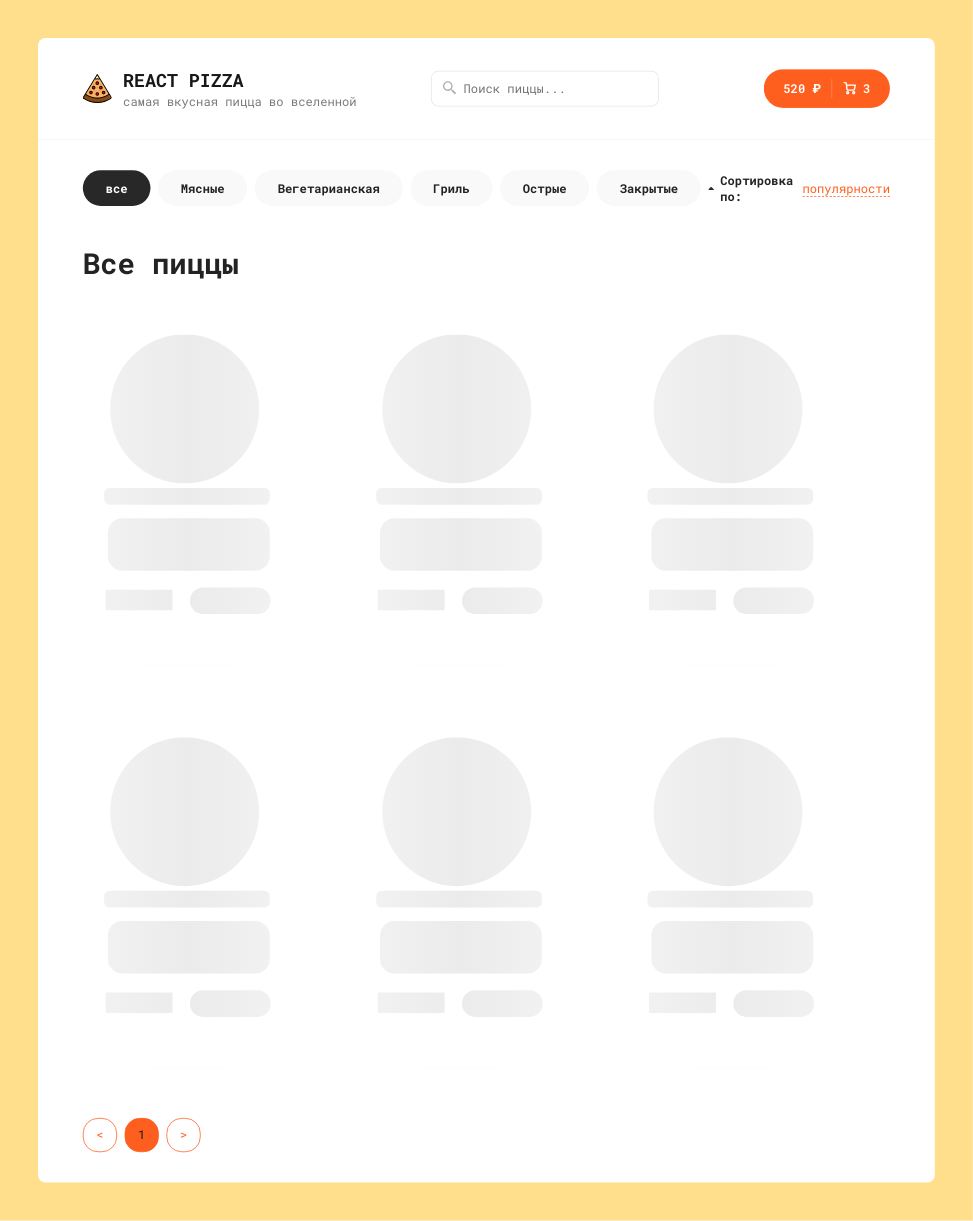
Repository: TI-IT/react-pizza2
Page: /
These files come from the project's save history. The page is drawn as it stood at one moment and after the next save; the edit follows.
The browser window is 1280 px wide. The pictures show the whole page, at 76% of full size.
The page's requests for data from a server got no answer. The project was rebuilt for these pictures with package versions that can differ from the ones it lists, and the page was loaded fresh each time. No one was signed in, and anything a server would have sent is missing. Also part of the build but not shown: src/components/PizzaBlock.jsx, src/pages/Cart.jsx, src/components/NotFoundBlock/NotFounBlock.module.scss, src/components/NotFoundBlock/index.jsx, src/pages/NotFound.tsx.

Above is the page before, as saved 2022-10-18 12:07:26.

### public/index.html
<!DOCTYPE html>
<html lang="en">
  <head>
    <meta charset="utf-8" />
    <link rel="icon" href="%PUBLIC_URL%/favicon.ico" />
    <link rel="preconnect" href="https://fonts.googleapis.com" />
    <link rel="preconnect" href="https://fonts.gstatic.com" crossorigin />
    <link
      href="https://fonts.googleapis.com/css2?family=Roboto+Mono:wght@300;400;500;600;700&display=swap"
      rel="stylesheet"
    />
    <meta name="viewport" content="width=device-width, initial-scale=1" />
    <meta name="theme-color" content="#000000" />
    <meta
      name="description"
      content="Web site created using create-react-app"
    />
    <link rel="apple-touch-icon" href="%PUBLIC_URL%/logo192.png" />
    <!--
      manifest.json provides metadata used when your web app is installed on a
      user's mobile device or desktop. See https://developers.google.com/web/fundamentals/web-app-manifest/
    -->
    <link rel="manifest" href="%PUBLIC_URL%/manifest.json" />
    <!--
      Notice the use of %PUBLIC_URL% in the tags above.
      It will be replaced with the URL of the `public` folder during the build.
      Only files inside the `public` folder can be referenced from the HTML.

      Unlike "/favicon.ico" or "favicon.ico", "%PUBLIC_URL%/favicon.ico" will
      work correctly both with client-side routing and a non-root public URL.
      Learn how to configure a non-root public URL by running `npm run build`.
    -->
    <title>React App</title>
  </head>
  <body>
    <noscript>You need to enable JavaScript to run this app.</noscript>
    <div id="root"></div>
    <!--
      This HTML file is a template.
      If you open it directly in the browser, you will see an empty page.

      You can add webfonts, meta tags, or analytics to this file.
      The build step will place the bundled scripts into the <body> tag.

      To begin the development, run `npm start` or `yarn start`.
      To create a production bundle, use `npm run build` or `yarn build`.
    -->
  </body>
</html>

### src/index.tsx
import React from 'react'
import ReactDOM from 'react-dom/client'
import { BrowserRouter } from 'react-router-dom'
import { Provider } from 'react-redux'
import App from './App'
import { store } from './redux/store'

const root = ReactDOM.createRoot(document.getElementById('root'))
root.render(
  <BrowserRouter>
    <Provider store={store}>
      <App />
    </Provider>
  </BrowserRouter>
)

### src/pages/Home.jsx
import React from 'react'
import axios from 'axios'
import { useSelector, useDispatch } from 'react-redux'

import { setCategoryId, setCurrentPage } from '../redux/slices/filterSlice'

import Categories from '../components/Categories'
import Sort from '../components/Sort'
import PizzaBlock from '../components/PizzaBlock'
import Skeleton from '../components/PizzaBlock/Skeleton'
import Pagination from '../components/Pagination'
import { SearchContext } from '../App'

const Home = () => {
  const dispatch = useDispatch()
  const { categoryId, sort, pageCount } = useSelector(state => state.filter)

  const { searchValue } = React.useContext(SearchContext)
  const [items, setItems] = React.useState([])
  const [isLoading, setIsLoading] = React.useState(true)
  // const [currentPage, setCurrentPage] = React.useState(1)

  const onChangeCategory = id => {
    dispatch(setCategoryId(id))
  }
  const onChangePage = number => {
    dispatch(setPageCount(number))
  }

  //Загрузка один раз
  React.useEffect(() => {
    setIsLoading(true)
    const order = sort.sortProperty.includes('-') ? 'asc' : 'desc'
    const sortBy = sort.sortProperty.replace('-', '')
    const category = categoryId > 0 ? `category=${categoryId}` : ''
    const search = searchValue ? `&search=${searchValue}` : ''

    axios
      .get(
        `https://63427733ba4478d4783c44ef.mockapi.io/items?page=${pageCount}&limit=4&${category}&sortBy=${sortBy}&order=${order}${search}`
      )
      .then(res => {
        setItems(res.data)
        setIsLoading(false)
      })

    window.scrollTo(0, 0) // при первой загрузке скролит вверх
  }, [categoryId, sort.sortProperty, searchValue, pageCount])

  const pizzas = items.map(obj => <PizzaBlock key={obj.id} {...obj} />)

  const sceletons = [...new Array(6)].map((_, index) => <Skeleton key={index} />)

  return (
    <div className="container">
      <div className="content__top">
        <Categories value={categoryId} onChangeCategory={id => onChangeCategory(id)} />
        <Sort />
      </div>
      <h2 className="content__title">Все пиццы</h2>
      <div className="content__items">{isLoading ? sceletons : pizzas}</div>
      <Pagination value={pageCount} onChangePage={onChangePage} />
    </div>
  )
}

export default Home

### src/redux/slices/filterSlice.js
import { createSlice } from '@reduxjs/toolkit'

const initialState = {
  categoryId: 0,
  pageCount: 1,
  sort: {
    name: 'популярности',
    sortProperty: 'rating'
  }
}

const filterSlice = createSlice({
  name: 'filters',
  initialState,
  reducers: {
    setCategoryId(state, action) {
      state.categoryId = action.payload
    },
    setSort(state, action) {
      state.sort = action.payload
    },
    setCurrentPage(state, action) {
      state.pageCount = action.payload
    }
  }
})

export const { setCategoryId, setSort, setCurrentPage } = filterSlice.actions

export default filterSlice.reducer

### src/components/Search/index.jsx
import React from 'react'
import debounce from 'lodash.debounce'
import styles from './Search.module.scss'
import { SearchContext } from '../../App'

const Search = () => {
  const [value, setValue] = React.useState('')
  const { setSearchValue } = React.useContext(SearchContext)
  const inputRef = React.useRef()

  const onClickClear = () => {
    setSearchValue('')
    setValue('')
    inputRef.current.focus()
  }

  const updateSearchValue = React.useCallback(
    debounce(str => {
      setSearchValue(str)
    }, 350),
    []
  )

  const onChangeInput = event => {
    setValue(event.target.value)
    updateSearchValue(event.target.value)
  }

  return (
    <div className={styles.root}>
      <svg
        className={styles.icon}
        height="24"
        viewBox="0 0 24 24"
        width="24"
        xmlns="http://www.w3.org/2000/svg">
        <path d="M19.023 16.977a35.13 35.13 0 0 1-1.367-1.384c-.372-.378-.596-.653-.596-.653l-2.8-1.337A6.962 6.962 0 0 0 16 9c0-3.859-3.14-7-7-7S2 5.141 2 9s3.14 7 7 7c1.763 0 3.37-.66 4.603-1.739l1.337 2.8s.275.224.653.596c.387.363.896.854 1.384 1.367l1.358 1.392.604.646 2.121-2.121-.646-.604c-.379-.372-.885-.866-1.391-1.36zM9 14c-2.757 0-5-2.243-5-5s2.243-5 5-5 5 2.243 5 5-2.243 5-5 5z" />
      </svg>
      <input
        ref={inputRef}
        value={value}
        onChange={onChangeInput}
        className={styles.input}
        placeholder="Поиск пиццы..."
      />
      {value && (
        <svg
          onClick={onClickClear}
          className={styles.clearIcon}
          height="48"
          viewBox="0 0 48 48"
          width="48"
          xmlns="http://www.w3.org/2000/svg">
          <path d="M38 12.83L35.17 10 24 21.17 12.83 10 10 12.83 21.17 24 10 35.17 12.83 38 24 26.83 35.17 38 38 35.17 26.83 24z" />
          <path d="M0 0h48v48H0z" fill="none" />
        </svg>
      )}
    </div>
  )
}
export default Search

### src/components/Categories.tsx
import React from 'react'

function Categories({ value, onChangeCategory }) {
  const categories = ['все', 'Мясные', 'Вегетарианская', 'Гриль', 'Острые', 'Закрытые']

  return (
    <div className="categories">
      <ul>
        {categories.map((categoryName, i) => (
          <li key={i} onClick={() => onChangeCategory(i)} className={value === i ? 'active' : ''}>
            {categoryName}
          </li>
        ))}
      </ul>
    </div>
  )
}
export default Categories

### src/components/Sort.jsx
import React from 'react'
import { useSelector, useDispatch } from 'react-redux'
import { setSort } from '../redux/slices/filterSlice'
const list = [
  { name: 'популярности(DESC)', sortProperty: 'rating' },
  { name: 'популярности(ASC)', sortProperty: '-rating' },
  { name: 'цене(DESC)', sortProperty: 'price' },
  { name: 'цене(ASC)', sortProperty: '-price' },
  { name: 'алфавиту(DESC)', sortProperty: 'title' },
  { name: 'алфавиту(ASC)', sortProperty: '-title' }
]

function Sort() {
  const dispatch = useDispatch()
  const sort = useSelector(store => store.filter.sort)

  const [open, setOpen] = React.useState(false)

  const onClickListItem = obj => {
    dispatch(setSort(obj))
    setOpen(false)
  }
  return (
    <div className="sort">
      <div className="sort__label">
        <svg
          width="10"
          height="6"
          viewBox="0 0 10 6"
          fill="none"
          xmlns="http://www.w3.org/2000/svg">
          <path
            d="M10 5C10 5.16927 9.93815 5.31576 9.81445 5.43945C9.69075 5.56315 9.54427 5.625 9.375 5.625H0.625C0.455729 5.625 0.309245 5.56315 0.185547 5.43945C0.061849 5.31576 0 5.16927 0 5C0 4.83073 0.061849 4.68424 0.185547 4.56055L4.56055 0.185547C4.68424 0.061849 4.83073 0 5 0C5.16927 0 5.31576 0.061849 5.43945 0.185547L9.81445 4.56055C9.93815 4.68424 10 4.83073 10 5Z"
            fill="#2C2C2C"
          />
        </svg>
        <b>Сортировка по:</b>
        <span onClick={() => setOpen(!open)}>{sort.name}</span>
      </div>
      {open && (
        <div className="sort__popup">
          <ul>
            {list.map((obj, i) => (
              <li
                key={i}
                onClick={() => onClickListItem(obj)}
                className={sort.sortProperty === obj.sortProperty ? 'active' : ''}>
                {obj.name}
              </li>
            ))}
          </ul>
        </div>
      )}
    </div>
  )
}

export default Sort

### src/components/PizzaBlock/Skeleton.jsx
import React from 'react'
import ContentLoader from 'react-content-loader'

const Skeleton = props => (
  <ContentLoader
    className="pizza-block"
    speed={2}
    width={280}
    height={465}
    viewBox="0 0 280 465"
    backgroundColor="#f3f3f3"
    foregroundColor="#ecebeb">
    <circle cx="134" cy="127" r="98" />
    <rect x="0" y="465" rx="5" ry="5" width="280" height="32" />
    <rect x="28" y="231" rx="7" ry="7" width="218" height="22" />
    <rect x="33" y="271" rx="19" ry="19" width="213" height="69" />
    <rect x="30" y="365" rx="1" ry="1" width="88" height="27" />
    <rect x="141" y="362" rx="17" ry="17" width="106" height="35" />
  </ContentLoader>
)

export default Skeleton

### src/components/Pagination/index.jsx
import React from 'react'
import ReactPaginate from 'react-paginate'
import styles from './Pagination.module.scss'

const Pagination = ({ onChangePage, value }) => {
  return (
    <div>
      <ReactPaginate
        className={styles.root}
        breakLabel="..."
        nextLabel=">"
        previousLabel="<"
        onPageChange={e => onChangePage(e.selected + 1)}
        pageRangeDisplayed={4}
        pageCount={value}
        renderOnZeroPageCount={null}
      />
    </div>
  )
}

export default Pagination

### src/scss/libs/_normalize.scss
* {
  padding: 0;
  margin: 0;
  list-style: none;
  outline: none;
  font-family: 'Roboto Mono', Roboto, system-ui, Tahoma, sans-serif;
  box-sizing: border-box;
}

html {
  -ms-text-size-adjust: 100%;
  -webkit-text-size-adjust: 100%;
}

body {
  -moz-osx-font-smoothing: grayscale;
  -webkit-font-smoothing: antialiased;
  color: $black;
}

a,
span,
p,
b,
h1,
h2,
h3,
h4,
h5 {
  color: $black;
}

h1 {
  font-size: 48px;
}

h2 {
  font-weight: 600;
  font-size: 28px;
  line-height: 30px;
}

a {
  text-decoration: none;
}

@mixin noselect {
  -webkit-touch-callout: none; /* iOS Safari */
  -webkit-user-select: none; /* Safari */
  -khtml-user-select: none; /* Konqueror HTML */
  -moz-user-select: none; /* Old versions of Firefox */
  -ms-user-select: none; /* Internet Explorer/Edge */
  user-select: none; /* Non-prefixed version, currently
                                  supported by Chrome, Opera and Firefox */
}

### src/scss/components/_header.scss
@import '../variables.scss';

.header {
  border-bottom: 1px solid $gray-line;
  padding: 40px 0;

  .container {
    display: flex;
    align-items: center;
    justify-content: space-between;

    @media (max-width: 645px) {
      flex-direction: column;
      .header__cart {
        margin-top: 20px;
      }
    }
  }

  &__logo {
    display: flex;

    img {
      margin-right: 15px;
    }

    h1 {
      color: #181818;
      font-size: 24px;
      letter-spacing: 1%;
      text-transform: uppercase;
      font-weight: 800;
    }

    p {
      color: #7b7b7b;
    }
  }
}

### src/scss/components/_sort.scss
@import '../variables.scss';

.sort {
  position: relative;
  &__label {
    display: flex;
    align-items: center;

    svg {
      margin-right: 8px;
    }

    b {
      margin-right: 8px;
    }

    span {
      color: $orange;
      border-bottom: 1px dashed $orange;
      cursor: pointer;
    }
  }

  &__popup {
    position: absolute;
    right: 0;
    margin-top: 15px;
    background: #ffffff;
    box-shadow: 0px 5px 15px rgba(0, 0, 0, 0.09);
    border-radius: 10px;
    overflow: hidden;
    padding: 10px 0;

    ul {
      overflow: hidden;
      li {
        padding: 12px 20px;
        cursor: pointer;

        &.active,
        &:hover {
          background: rgba(254, 95, 30, 0.05);
        }

        &.active {
          font-weight: bold;
          color: $orange;
        }
      }
    }
  }
}

### src/scss/components/_pizza-block.scss
@import '../variables.scss';

.pizza-block {
  width: 280px;
  text-align: center;
  margin-bottom: 65px;

  &-wrapper {
    display: flex;
    justify-content: center;
  }

  &__image {
    width: 260px;
  }

  &__title {
    font-size: 20px;
    font-weight: 900;
    letter-spacing: 1%;
    margin-bottom: 20px;
  }

  &__selector {
    display: flex;
    background-color: #f3f3f3;
    border-radius: 10px;
    flex-direction: column;
    padding: 6px;

    ul {
      display: flex;
      flex: 1;

      &:first-of-type {
        margin-bottom: 6px;
      }

      li {
        padding: 8px;
        flex: 1;
        cursor: pointer;
        font-weight: 600;
        font-size: 14px;
        @include noselect();
        &.active {
          background: #ffffff;
          box-shadow: 0px 2px 4px rgba(0, 0, 0, 0.04);
          border-radius: 5px;
          cursor: auto;
        }
      }
    }
  }

  &__bottom {
    display: flex;
    align-items: center;
    justify-content: space-between;
    margin-top: 20px;
  }

  &__price {
    font-weight: bold;
    font-size: 22px;
    line-height: 27px;
    letter-spacing: 0.015em;
  }
}

### src/components/Search/Search.module.scss
.root {
  position: relative;
  left: -20px;
}

.input {
  border: 1px solid rgba(0, 0, 0, 0.1);
  padding: 12px 20px;
  padding-left: 42px;
  width: 300px;
  border-radius: 10px;
  font-size: 16px;

  &:focus {
    border: 1.5px solid rgba(151, 81, 16, 0.4);
  }
}
.icon {
  width: 22px;
  height: 22px;
  opacity: 0.3;
  position: absolute;
  left: 14px;
  top: 12px;
}
.clearIcon {
  width: 18px;
  height: 18px;
  opacity: 0.3;
  position: absolute;
  right: 15px;
  top: 15px;
  cursor: pointer;

  &:hover {
    opacity: 0.8;
  }
}

### src/components/Pagination/Pagination.module.scss
.root {
  li {
    display: inline-block;
  }

  a {
    text-align: center;
    width: 45px;
    line-height: 42px;
    height: 45px;
    border: 1px solid #fe5f1e;
    border-radius: 20px;
    margin-right: 10px;
    cursor: pointer;
    display: inline-block;
    color: #fe5f1e;
    &:hover {
      background-color: gold;
      a {
        color: rgb(255, 255, 255);
      }
    }
  }
  :global {
    .selected {
      a {
        background-color: #fe5f1e;
        color: rgb(22, 24, 24);
      }
    }
  }
}

Loaded but not shown: src/scss/_variables.scss (common file); src/scss/components/_all.scss (common file); src/scss/components/_categories.scss (common file); src/App.js (29 lines, source omitted); src/redux/store.js (7 lines, source omitted); src/scss/app.scss (369 lines, source omitted); src/components/Header.jsx (60 lines, source omitted); src/scss/components/_button.scss (148 lines, source omitted)

After the next save:
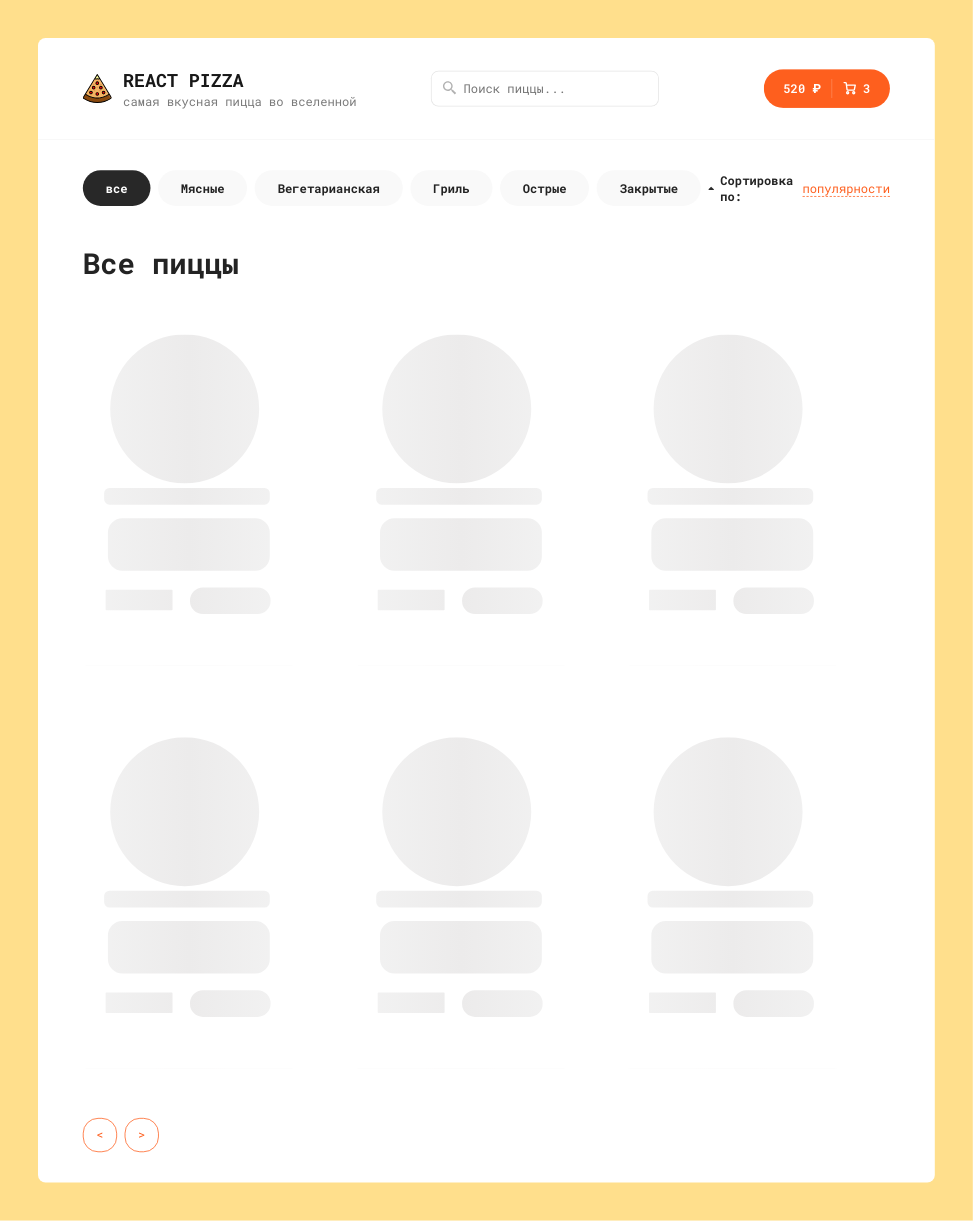
Saved 23 s later.
--- a/src/redux/slices/filterSlice.js
+++ b/src/redux/slices/filterSlice.js
@@ -2,7 +2,7 @@ import { createSlice } from '@reduxjs/toolkit'
 
 const initialState = {
   categoryId: 0,
-  pageCount: 1,
+  currentPage: 1,
   sort: {
     name: 'популярности',
     sortProperty: 'rating'
@@ -20,7 +20,7 @@ const filterSlice = createSlice({
       state.sort = action.payload
     },
     setCurrentPage(state, action) {
-      state.pageCount = action.payload
+      state.currentPage = action.payload
     }
   }
 })

After the save that followed:
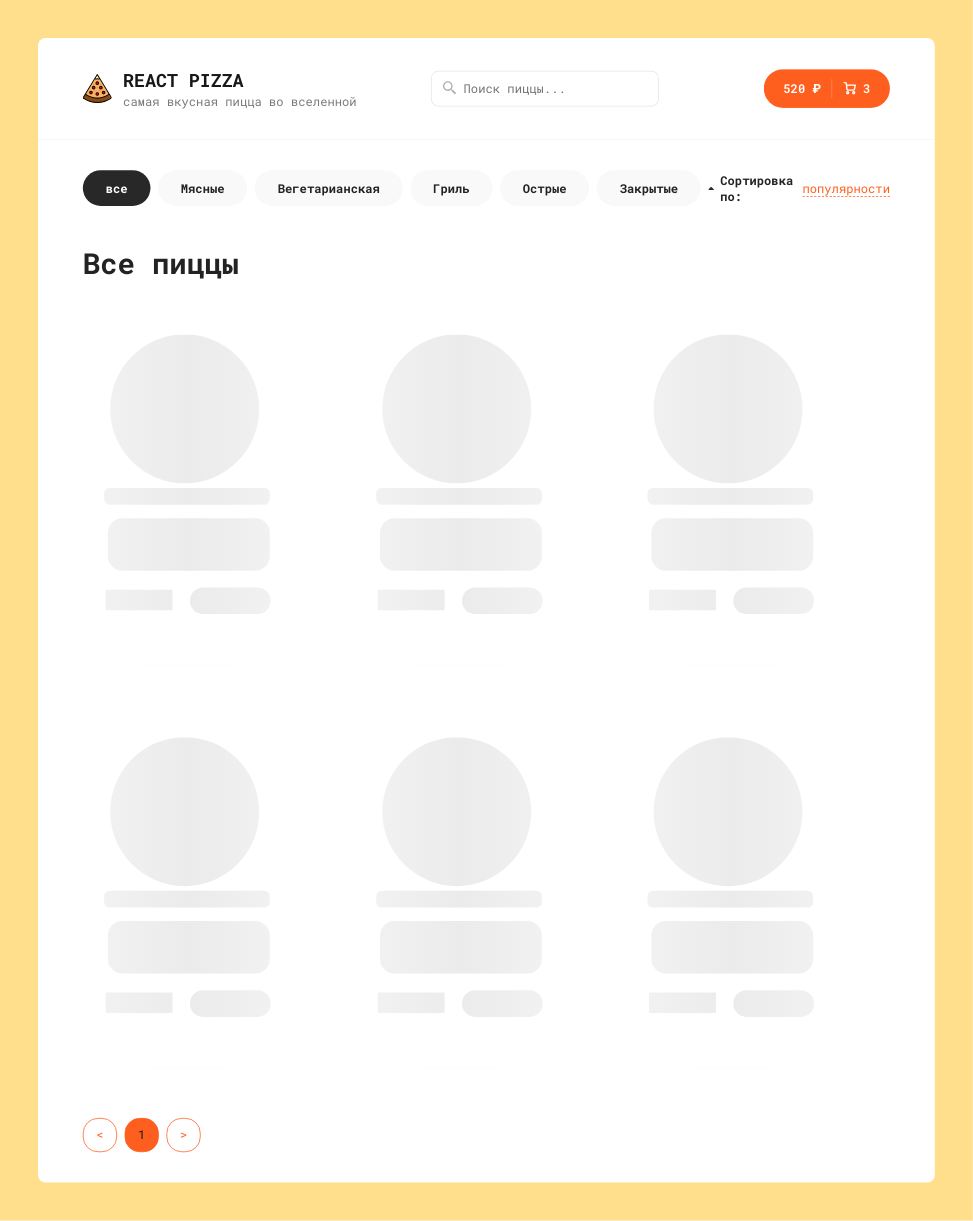
Saved 78 s later.
--- a/src/pages/Home.jsx
+++ b/src/pages/Home.jsx
@@ -13,7 +13,7 @@ import { SearchContext } from '../App'
 
 const Home = () => {
   const dispatch = useDispatch()
-  const { categoryId, sort, pageCount } = useSelector(state => state.filter)
+  const { categoryId, sort, currentPage } = useSelector(state => state.filter)
 
   const { searchValue } = React.useContext(SearchContext)
   const [items, setItems] = React.useState([])
@@ -24,7 +24,7 @@ const Home = () => {
     dispatch(setCategoryId(id))
   }
   const onChangePage = number => {
-    dispatch(setPageCount(number))
+    dispatch(setCurrentPage(number))
   }
 
   //Загрузка один раз
@@ -37,7 +37,7 @@ const Home = () => {
 
     axios
       .get(
-        `https://63427733ba4478d4783c44ef.mockapi.io/items?page=${pageCount}&limit=4&${category}&sortBy=${sortBy}&order=${order}${search}`
+        `https://63427733ba4478d4783c44ef.mockapi.io/items?page=${currentPage}&limit=4&${category}&sortBy=${sortBy}&order=${order}${search}`
       )
       .then(res => {
         setItems(res.data)
@@ -45,7 +45,7 @@ const Home = () => {
       })
 
     window.scrollTo(0, 0) // при первой загрузке скролит вверх
-  }, [categoryId, sort.sortProperty, searchValue, pageCount])
+  }, [categoryId, sort.sortProperty, searchValue, currentPage])
 
   const pizzas = items.map(obj => <PizzaBlock key={obj.id} {...obj} />)
 
@@ -59,7 +59,7 @@ const Home = () => {
       </div>
       <h2 className="content__title">Все пиццы</h2>
       <div className="content__items">{isLoading ? sceletons : pizzas}</div>
-      <Pagination value={pageCount} onChangePage={onChangePage} />
+      <Pagination value={currentPage} onChangePage={onChangePage} />
     </div>
   )
 }
